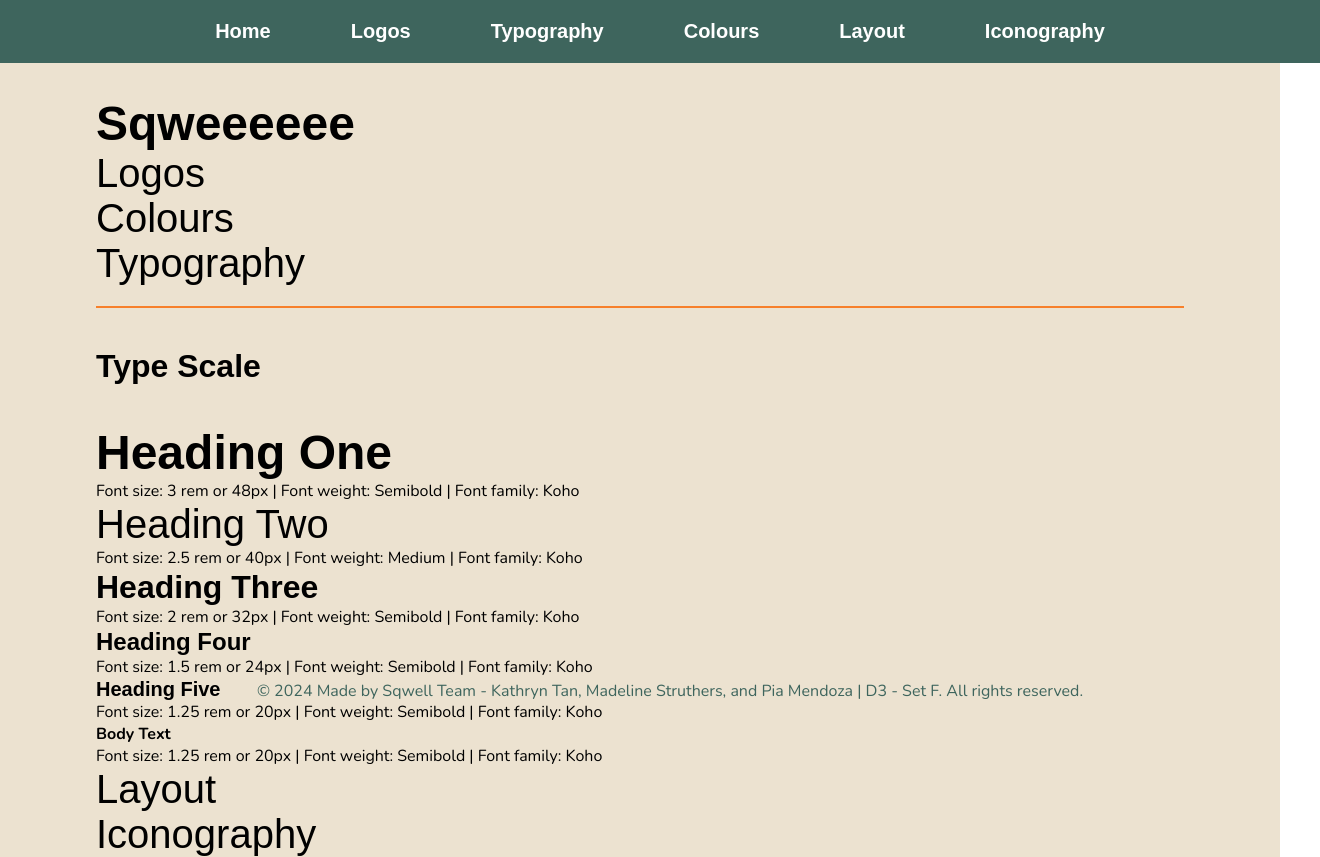
Repository: lpcmendoza/sqwell_styleguide
Page: /
The author's editor kept a copy of each file at every save. The page is drawn from the files as they stood at one save, then again after the next save.
The browser window is 1280 px wide. The page is 1320 px wide, so the pictures cover 1320 px, including what lies to the right of the window. The pictures show the whole page.
Some web fonts or font styles are not loaded; a fallback is used. The project was rebuilt for these pictures with package versions that can differ from the ones it lists, and the page was loaded fresh each time. The framework's server and built-in components were replaced by stand-ins that run in the browser. Also part of the build but not shown: next.config.mjs.

Above is the page before, as saved 2024-04-07 18:10:18.

After the next save:
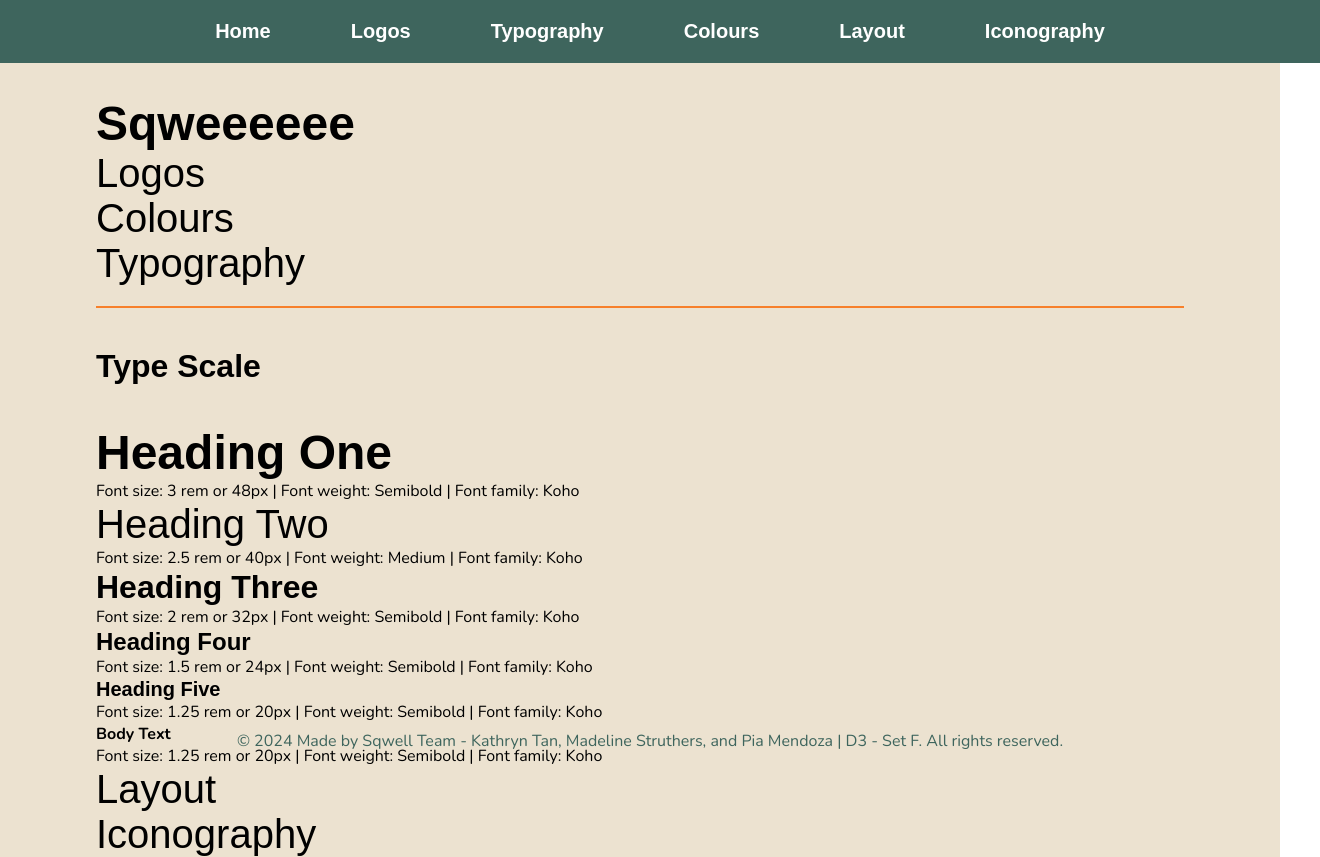
Saved 57 s later.
--- a/components/Footer/Footer.module.css
+++ b/components/Footer/Footer.module.css
@@ -2,7 +2,6 @@
     bottom: 0;
     position: absolute;
     width: 100%;
-    padding: 20px;
 }
 
 .footerContainer {
@@ -13,4 +12,5 @@
     padding: 10px;
     color: var(--darkGreen);
     margin-bottom: 0;
+    position: absolute;
 }
